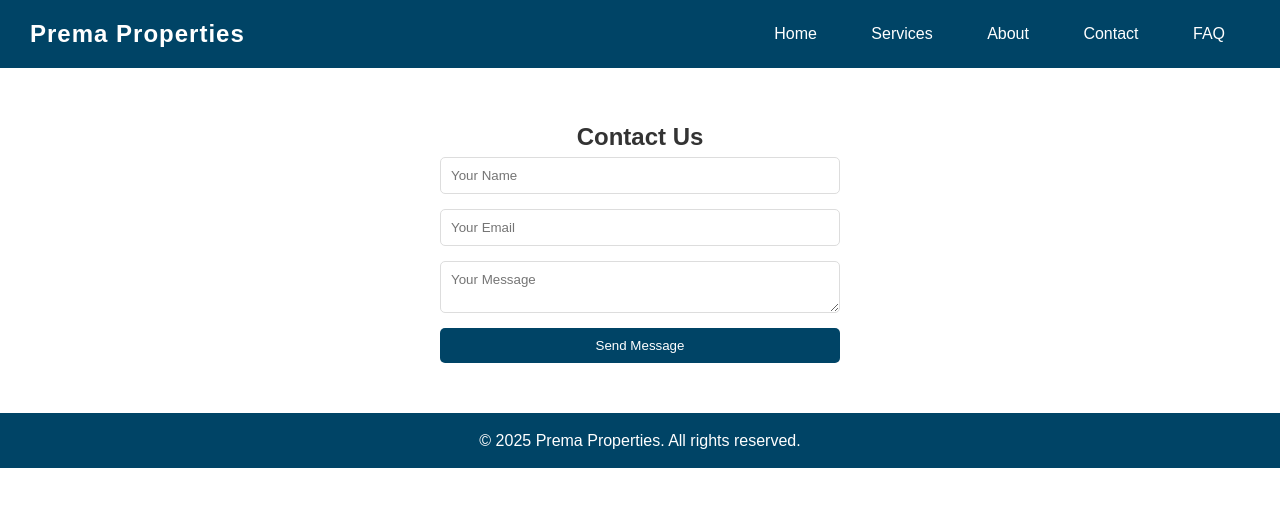
Repository: mnqobiMenzi/Prema-Properties
Page: contact-us.html
An editor plug-in stored every save of this project. The page is shown before and after the next save, followed by the edit.
The browser window is 1280 px wide. The pictures show the whole page.

Above is the page before, as saved 2025-10-04 08:48:08.

After the next save:
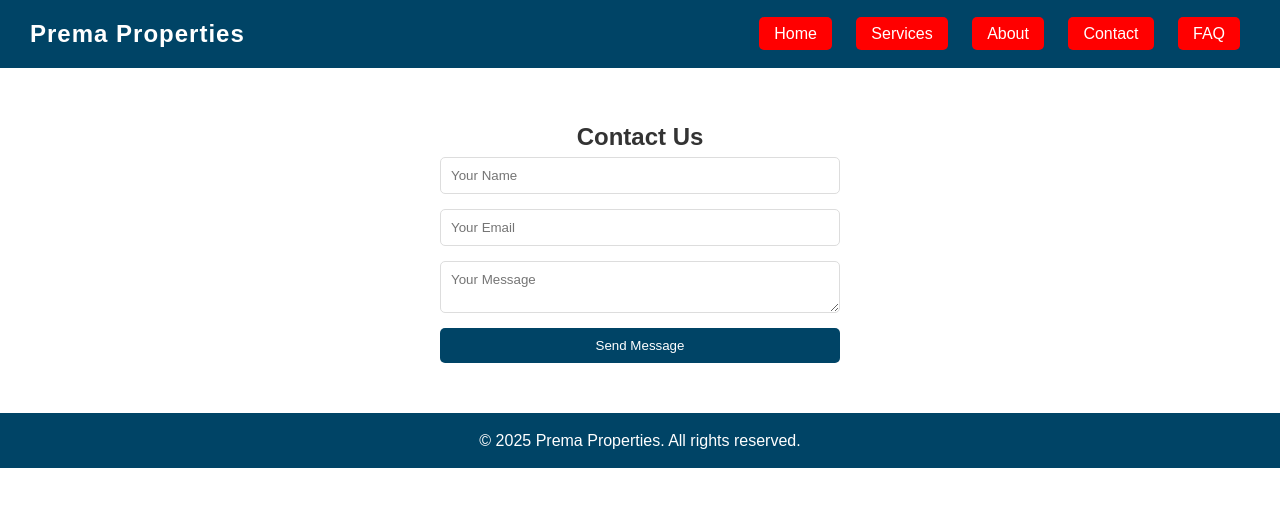
Saved 13 s later.
--- a/contact-us.html
+++ b/contact-us.html
@@ -12,11 +12,11 @@
   <header>
     <div class="logo">Prema Properties</div>
     <nav>
-      <a href="index.html">Home</a>
-      <a href="services.html">Services</a>
-      <a href="about-us.html">About</a>
-      <a href="#contact">Contact</a>
-      <a href="FAQ.html">FAQ</a>
+      <a href="index.html" class="active">Home</a>
+      <a href="services.html" class="active">Services</a>
+      <a href="about-us.html" class="active">About</a>
+      <a href="#contact" class="active">Contact</a>
+      <a href="FAQ.html" class="active">FAQ</a>
     </nav>
   </header>
 
